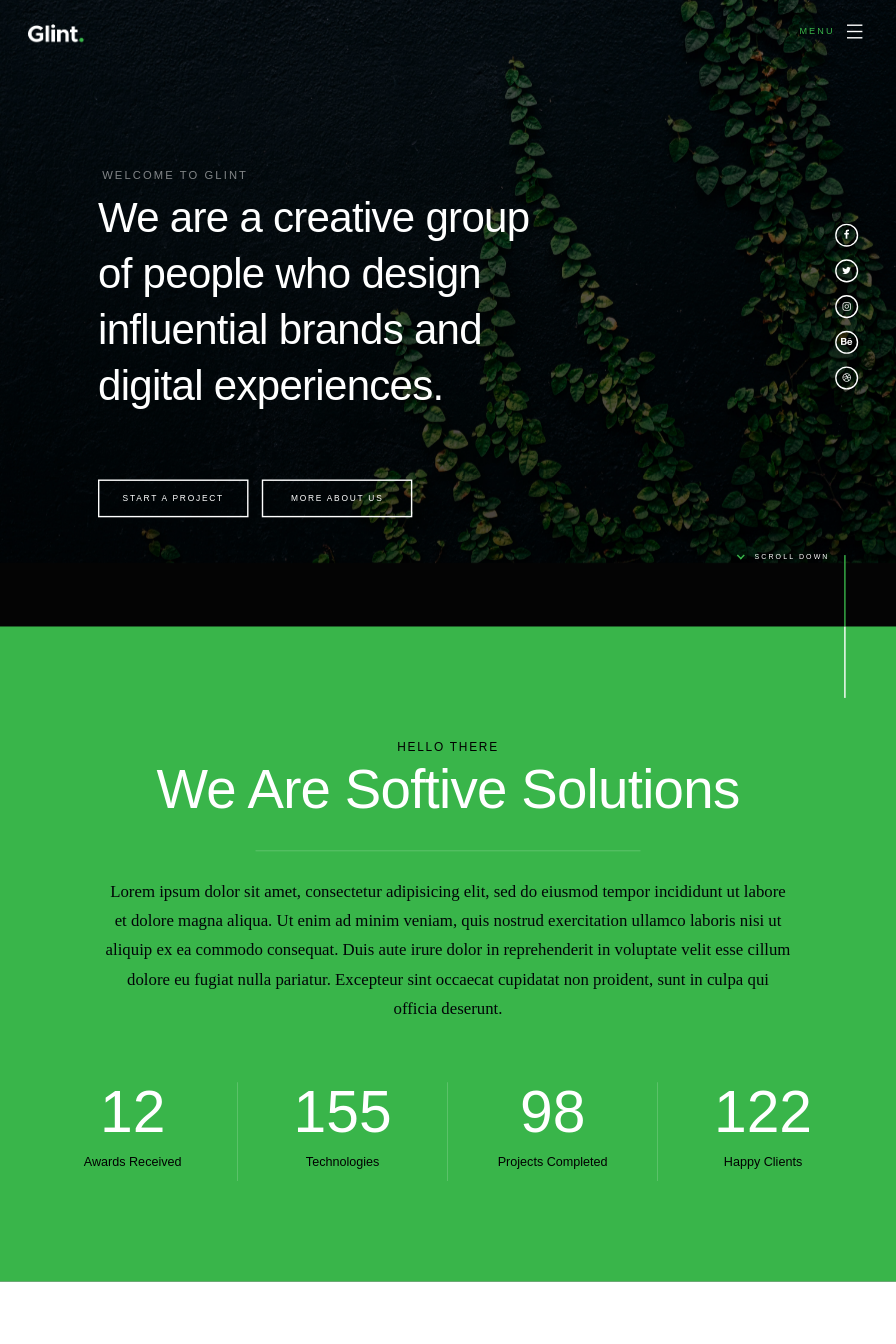
Repository: ahsankalim09/light-Agency
Page: index.html
These files come from the project's save history. The page is drawn as it stood at one moment and after the next save; the edit follows.
The browser window is 1280 px wide. The pictures show the part of the page from y = 0 to 1920 px (the page is 8556 px tall), at 70% of full size.
Some web fonts or font styles are not loaded; a fallback is used.

Above is the page before, as saved 2020-12-27 18:58:19.

### index.html
<!DOCTYPE html>
<!--[if lt IE 9 ]><html class="no-js oldie" lang="en"> <![endif]-->
<!--[if IE 9 ]><html class="no-js oldie ie9" lang="en"> <![endif]-->
<!--[if (gte IE 9)|!(IE)]><!-->
<html class="no-js" lang="en">
<!--<![endif]-->

<!-- Mirrored from preview.colorlib.com/theme/glint/ by HTTrack Website Copier/3.x [XR&CO'2014], Sun, 27 Dec 2020 13:01:51 GMT -->
<head>

<meta charset="utf-8">
<title>Glint</title>
<meta name="description" content="">
<meta name="author" content="">

<meta name="viewport" content="width=device-width, initial-scale=1">

<link rel="stylesheet" href="css/base.css">
<link rel="stylesheet" href="css/vendor.css">
<link rel="stylesheet" href="css/main.css">

<script src="js/modernizr.js"></script>
<script src="js/pace.min.js"></script>

<link rel="shortcut icon" href="favicon.ico" type="image/x-icon">
<link rel="icon" href="favicon.ico" type="image/x-icon">
</head>
<body id="top">

<header class="s-header">
<div class="header-logo">
<a class="site-logo" href="index-2.html">
<img src="images/logo.png" alt="Homepage">
</a>
</div>
<nav class="header-nav">
<a href="#0" class="header-nav__close" title="close"><span>Close</span></a>
<div class="header-nav__content">
<h3>Navigation</h3>
<ul class="header-nav__list">
<li class="current"><a class="smoothscroll" href="#home" title="home">Home</a></li>
<li><a class="smoothscroll" href="#about" title="about">About</a></li>
<li><a class="smoothscroll" href="#services" title="services">Services</a></li>
<li><a class="smoothscroll" href="#works" title="works">Works</a></li>
<li><a class="smoothscroll" href="#clients" title="clients">Clients</a></li>
<li><a class="smoothscroll" href="#contact" title="contact">Contact</a></li>
</ul>
<p>Perspiciatis hic praesentium nesciunt. Et neque a dolorum <a href='#0'>voluptatem</a> porro iusto sequi veritatis libero enim. Iusto id suscipit veritatis neque reprehenderit.</p>
<ul class="header-nav__social">
<li>
<a href="#"><i class="fa fa-facebook"></i></a>
</li>
<li>
<a href="#"><i class="fa fa-twitter"></i></a>
</li>
<li>
<a href="#"><i class="fa fa-instagram"></i></a>
</li>
<li>
<a href="#"><i class="fa fa-behance"></i></a>
</li>
<li>
<a href="#"><i class="fa fa-dribbble"></i></a>
</li>
</ul>
</div>
</nav>
<a class="header-menu-toggle" href="#0">
<span class="header-menu-text">Menu</span>
<span class="header-menu-icon"></span>
</a>
</header>

<section id="home" class="s-home target-section" data-parallax="scroll" data-image-src="images/hero-bg.jpg" data-natural-width=3000 data-natural-height=2000 data-position-y=center>
<div class="overlay"></div>
<div class="shadow-overlay"></div>
<div class="home-content">
<div class="row home-content__main">
<h3>Welcome to Glint</h3>
<h1>
We are a creative group <br>
of people who design <br>
influential brands and <br>
digital experiences.
</h1>
<div class="home-content__buttons">
<a href="#contact" class="smoothscroll btn btn--stroke">
Start a Project
</a>
<a href="#about" class="smoothscroll btn btn--stroke">
More About Us
</a>
</div>
</div>
<div class="home-content__scroll">
<a href="#about" class="scroll-link smoothscroll">
<span>Scroll Down</span>
</a>
</div>
<div class="home-content__line"></div>
</div>
<ul class="home-social">
<li>
<a href="#0"><i class="fa fa-facebook" aria-hidden="true"></i><span>Facebook</span></a>
</li>
<li>
<a href="#0"><i class="fa fa-twitter" aria-hidden="true"></i><span>Twiiter</span></a>
</li>
<li>
<a href="#0"><i class="fa fa-instagram" aria-hidden="true"></i><span>Instagram</span></a>
</li>
<li>
<a href="#0"><i class="fa fa-behance" aria-hidden="true"></i><span>Behance</span></a>
</li>
<li>
<a href="#0"><i class="fa fa-dribbble" aria-hidden="true"></i><span>Dribbble</span></a>
</li>
</ul>

</section>

<section id='about' class="s-about">
<div class="row section-header has-bottom-sep" data-aos="fade-up">
<div class="col-full">
<h3 class="subhead subhead--dark">Hello There</h3>
<h1 class="display-1 display-1--light">We Are Softive Solutions</h1>
</div>
</div>
<div class="row about-desc" data-aos="fade-up">
<div class="col-full">
<p>
Lorem ipsum dolor sit amet, consectetur adipisicing elit, sed do eiusmod tempor incididunt ut labore et dolore magna aliqua. Ut enim ad minim veniam, quis nostrud exercitation ullamco laboris nisi ut aliquip ex ea commodo consequat. Duis aute irure dolor in reprehenderit in voluptate velit esse cillum dolore eu fugiat nulla pariatur. Excepteur sint occaecat cupidatat non proident, sunt in culpa qui officia deserunt.
</p>
</div>
</div>
<div class="row about-stats stats block-1-4 block-m-1-2 block-mob-full" data-aos="fade-up">
<div class="col-block stats__col ">
<div class="stats__count">12</div>
<h5>Awards Received</h5>
</div>
<div class="col-block stats__col">
<div class="stats__count">155</div>
<h5>Technologies</h5>
</div>
<div class="col-block stats__col">
<div class="stats__count">98</div>
<h5>Projects Completed</h5>
</div>
<div class="col-block stats__col">
<div class="stats__count">122</div>
<h5>Happy Clients</h5>
</div>
</div>
<div class="about__line"></div>
</section>

<section id='services' class="s-services">
<div class="row section-header has-bottom-sep" data-aos="fade-up">
<div class="col-full">
<h3 class="subhead">What We Do</h3>
<h1 class="display-2">We’ve got everything you need to launch and grow your business</h1>
</div>
</div>
<div class="row services-list block-1-2 block-tab-full">
<div class="col-block service-item" data-aos="fade-up">
<div class="service-icon">
<i class="icon-paint-brush"></i>
</div>
<div class="service-text">
<h3 class="h2">Brand Identity</h3>
<p>Nemo cupiditate ab quibusdam quaerat impedit magni. Earum suscipit ipsum laudantium.
Quo delectus est. Maiores voluptas ab sit natus veritatis ut. Debitis nulla cumque veritatis.
Sunt suscipit voluptas ipsa in tempora esse soluta sint.
</p>
</div>
</div>
<div class="col-block service-item" data-aos="fade-up">
<div class="service-icon">
<i class="icon-group"></i>
</div>
<div class="service-text">
<h3 class="h2">Illustration</h3>
<p>Nemo cupiditate ab quibusdam quaerat impedit magni. Earum suscipit ipsum laudantium.
Quo delectus est. Maiores voluptas ab sit natus veritatis ut. Debitis nulla cumque veritatis.
Sunt suscipit voluptas ipsa in tempora esse soluta sint.
</p>
</div>
</div>
<div class="col-block service-item" data-aos="fade-up">
<div class="service-icon">
<i class="icon-megaphone"></i>
</div>
<div class="service-text">
<h3 class="h2">Marketing</h3>
<p>Nemo cupiditate ab quibusdam quaerat impedit magni. Earum suscipit ipsum laudantium.
Quo delectus est. Maiores voluptas ab sit natus veritatis ut. Debitis nulla cumque veritatis.
Sunt suscipit voluptas ipsa in tempora esse soluta sint.
</p>
</div>
</div>
<div class="col-block service-item" data-aos="fade-up">
<div class="service-icon">
<i class="icon-earth"></i>
</div>
<div class="service-text">
<h3 class="h2">Web Design</h3>
<p>Nemo cupiditate ab quibusdam quaerat impedit magni. Earum suscipit ipsum laudantium.
Quo delectus est. Maiores voluptas ab sit natus veritatis ut. Debitis nulla cumque veritatis.
Sunt suscipit voluptas ipsa in tempora esse soluta sint.
</p>
</div>
</div>
<div class="col-block service-item" data-aos="fade-up">
<div class="service-icon">
<i class="icon-cube"></i>
</div>
<div class="service-text">
<h3 class="h2">Packaging Design</h3>
<p>Nemo cupiditate ab quibusdam quaerat impedit magni. Earum suscipit ipsum laudantium.
Quo delectus est. Maiores voluptas ab sit natus veritatis ut. Debitis nulla cumque veritatis.
Sunt suscipit voluptas ipsa in tempora esse soluta sint.
</p>
</div>
</div>
<div class="col-block service-item" data-aos="fade-up">
<div class="service-icon"><i class="icon-lego-block"></i></div>
<div class="service-text">
<h3 class="h2">Web Development</h3>
<p>Nemo cupiditate ab quibusdam quaerat impedit magni. Earum suscipit ipsum laudantium.
Quo delectus est. Maiores voluptas ab sit natus veritatis ut. Debitis nulla cumque veritatis.
Sunt suscipit voluptas ipsa in tempora esse soluta sint.
</p>
</div>
</div>
</div>
</section>

<section id='works' class="s-works">
<div class="intro-wrap">
<div class="row section-header has-bottom-sep light-sep" data-aos="fade-up">
<div class="col-full">
<h3 class="subhead">Recent Works</h3>
<h1 class="display-2 display-2--light">We love what we do, check out some of our latest works</h1>
</div>
</div>
</div>
<div class="row works-content">
<div class="col-full masonry-wrap">
<div class="masonry">
<div class="masonry__brick" data-aos="fade-up">
<div class="item-folio">
<div class="item-folio__thumb">
<a href="images/portfolio/gallery/g-shutterbug.jpg" class="thumb-link" title="Shutterbug" data-size="1050x700">
<img src="images/portfolio/lady-shutterbug.jpg" srcset="images/portfolio/lady-shutterbug.jpg 1x, images/portfolio/lady-shutterbug@2x.jpg 2x" alt="">
</a>
</div>
<div class="item-folio__text">
<h3 class="item-folio__title">
Shutterbug
</h3>
<p class="item-folio__cat">
Branding
</p>
</div>
<a href="https://www.behance.net/" class="item-folio__project-link" title="Project link">
<i class="icon-link"></i>
</a>
<div class="item-folio__caption">
<p>Vero molestiae sed aut natus excepturi. Et tempora numquam. Temporibus iusto quo.Unde dolorem corrupti neque nisi.</p>
</div>
</div>
</div>
<div class="masonry__brick" data-aos="fade-up">
<div class="item-folio">
<div class="item-folio__thumb">
<a href="images/portfolio/gallery/g-woodcraft.jpg" class="thumb-link" title="Woodcraft" data-size="1050x700">
<img src="images/portfolio/woodcraft.jpg" srcset="images/portfolio/woodcraft.jpg 1x, images/portfolio/woodcraft@2x.jpg 2x" alt="">
</a>
</div>
<div class="item-folio__text">
<h3 class="item-folio__title">
Woodcraft
</h3>
<p class="item-folio__cat">
Web Design
</p>
</div>
<a href="https://www.behance.net/" class="item-folio__project-link" title="Project link">
<i class="icon-link"></i>
</a>
<div class="item-folio__caption">
<p>Vero molestiae sed aut natus excepturi. Et tempora numquam. Temporibus iusto quo.Unde dolorem corrupti neque nisi.</p>
</div>
</div>
</div>
<div class="masonry__brick" data-aos="fade-up">
<div class="item-folio">
<div class="item-folio__thumb">
<a href="images/portfolio/gallery/g-beetle.jpg" class="thumb-link" title="The Beetle Car" data-size="1050x700">
<img src="images/portfolio/the-beetle.jpg" srcset="images/portfolio/the-beetle.jpg 1x, images/portfolio/the-beetle@2x.jpg 2x" alt="">
</a>
</div>
<div class="item-folio__text">
<h3 class="item-folio__title">
The Beetle
</h3>
<p class="item-folio__cat">
Web Development
</p>
</div>
<a href="https://www.behance.net/" class="item-folio__project-link" title="Project link">
<i class="icon-link"></i>
</a>
<div class="item-folio__caption">
<p>Vero molestiae sed aut natus excepturi. Et tempora numquam. Temporibus iusto quo.Unde dolorem corrupti neque nisi.</p>
</div>
</div>
</div>
<div class="masonry__brick" data-aos="fade-up">
<div class="item-folio">
<div class="item-folio__thumb">
<a href="images/portfolio/gallery/g-grow-green.jpg" class="thumb-link" title="Grow Green" data-size="1050x700">
<img src="images/portfolio/grow-green.jpg" srcset="images/portfolio/grow-green.jpg 1x, images/portfolio/grow-green@2x.jpg 2x" alt="">
</a>
</div>
<div class="item-folio__text">
<h3 class="item-folio__title">
Grow Green
</h3>
<p class="item-folio__cat">
Branding
</p>
</div>
<a href="https://www.behance.net/" class="item-folio__project-link" title="Project link">
<i class="icon-link"></i>
</a>
<div class="item-folio__caption">
<p>Vero molestiae sed aut natus excepturi. Et tempora numquam. Temporibus iusto quo.Unde dolorem corrupti neque nisi.</p>
</div>
</div>
</div>
<div class="masonry__brick" data-aos="fade-up">
<div class="item-folio">
<div class="item-folio__thumb">
<a href="images/portfolio/gallery/g-guitarist.jpg" class="thumb-link" title="Guitarist" data-size="1050x700">
<img src="images/portfolio/guitarist.jpg" srcset="images/portfolio/guitarist.jpg 1x, images/portfolio/guitarist@2x.jpg 2x" alt="">
</a>
</div>
<div class="item-folio__text">
<h3 class="item-folio__title">
Guitarist
</h3>
<p class="item-folio__cat">
Web Design
</p>
</div>
<a href="https://www.behance.net/" class="item-folio__project-link" title="Project link">
<i class="icon-link"></i>
</a>
<div class="item-folio__caption">
<p>Vero molestiae sed aut natus excepturi. Et tempora numquam. Temporibus iusto quo.Unde dolorem corrupti neque nisi.</p>
</div>
</div>
</div>
<div class="masonry__brick" data-aos="fade-up">
<div class="item-folio">
<div class="item-folio__thumb">
<a href="images/portfolio/gallery/g-palmeira.jpg" class="thumb-link" title="Palmeira" data-size="1050x700">
<img src="images/portfolio/palmeira.jpg" srcset="images/portfolio/palmeira.jpg 1x, images/portfolio/palmeira@2x.jpg 2x" alt="">
 </a>
</div>
<div class="item-folio__text">
<h3 class="item-folio__title">
Palmeira
</h3>
<p class="item-folio__cat">
Web Design
</p>
</div>
<a href="https://www.behance.net/" class="item-folio__project-link" title="Project link">
<i class="icon-link"></i>
</a>
<div class="item-folio__caption">
<p>Vero molestiae sed aut natus excepturi. Et tempora numquam. Temporibus iusto quo.Unde dolorem corrupti neque nisi.</p>
</div>
</div>
</div>
</div>
</div>
</div>
</section>

<section id="clients" class="s-clients">
<div class="row section-header" data-aos="fade-up">
<div class="col-full">
<h3 class="subhead">Our Clients</h3>
<h1 class="display-2">Glint has been honored to
partner up with these clients</h1>
</div>
</div>
<div class="row clients-outer" data-aos="fade-up">
<div class="col-full">
<div class="clients">
<a href="#0" title="" class="clients__slide"><img src="images/clients/apple.png" /></a>
<a href="#0" title="" class="clients__slide"><img src="images/clients/atom.png" /></a>
<a href="#0" title="" class="clients__slide"><img src="images/clients/blackberry.png" /></a>
<a href="#0" title="" class="clients__slide"><img src="images/clients/dropbox.png" /></a>
<a href="#0" title="" class="clients__slide"><img src="images/clients/envato.png" /></a>
<a href="#0" title="" class="clients__slide"><img src="images/clients/firefox.png" /></a>
<a href="#0" title="" class="clients__slide"><img src="images/clients/joomla.png" /></a>
<a href="#0" title="" class="clients__slide"><img src="images/clients/magento.png" /></a>
</div>
</div>
</div>
<div class="row clients-testimonials" data-aos="fade-up">
<div class="col-full">
<div class="testimonials">
<div class="testimonials__slide">
<p>Qui ipsam temporibus quisquam vel. Maiores eos cumque distinctio nam accusantium ipsum.
Laudantium quia consequatur molestias delectus culpa facere hic dolores aperiam. Accusantium quos qui praesentium corpori.
Excepturi nam cupiditate culpa doloremque deleniti repellat.</p>
<img src="images/avatars/user-01.jpg" alt="Author image" class="testimonials__avatar">
<div class="testimonials__info">
<span class="testimonials__name">Tim Cook</span>
<span class="testimonials__pos">CEO, Apple</span>
</div>
</div>
<div class="testimonials__slide">
<p>Excepturi nam cupiditate culpa doloremque deleniti repellat. Veniam quos repellat voluptas animi adipisci.
Nisi eaque consequatur. Quasi voluptas eius distinctio. Atque eos maxime. Qui ipsam temporibus quisquam vel.</p>
<img src="images/avatars/user-05.jpg" alt="Author image" class="testimonials__avatar">
<div class="testimonials__info">
<span class="testimonials__name">Sundar Pichai</span>
<span class="testimonials__pos">CEO, Google</span>
</div>
</div>
<div class="testimonials__slide">
<p>Repellat dignissimos libero. Qui sed at corrupti expedita voluptas odit. Nihil ea quia nesciunt. Ducimus aut sed ipsam.
Autem eaque officia cum exercitationem sunt voluptatum accusamus. Quasi voluptas eius distinctio.</p>
<img src="images/avatars/user-02.jpg" alt="Author image" class="testimonials__avatar">
<div class="testimonials__info">
<span class="testimonials__name">Satya Nadella</span>
<span class="testimonials__pos">CEO, Microsoft</span>
</div>
</div>
</div>
</div>
</div>
</section>

<section id="contact" class="s-contact">
<div class="overlay"></div>
<div class="contact__line"></div>
<div class="row section-header" data-aos="fade-up">
<div class="col-full">
<h3 class="subhead">Contact Us</h3>
<h1 class="display-2 display-2--light">Reach out for a new project or just say hello</h1>
</div>
</div>
<div class="row contact-content" data-aos="fade-up">
<div class="contact-primary">
<h3 class="h6">Send Us A Message</h3>
<form name="contactForm" id="contactForm" method="post" action="#" novalidate="novalidate">
<fieldset>
<div class="form-field">
<input name="contactName" type="text" id="contactName" placeholder="Your Name" value="" minlength="2" required="" aria-required="true" class="full-width">
</div>
<div class="form-field">
<input name="contactEmail" type="email" id="contactEmail" placeholder="Your Email" value="" required="" aria-required="true" class="full-width">
</div>
<div class="form-field">
<input name="contactSubject" type="text" id="contactSubject" placeholder="Subject" value="" class="full-width">
</div>
<div class="form-field">
<textarea name="contactMessage" id="contactMessage" placeholder="Your Message" rows="10" cols="50" required="" aria-required="true" class="full-width"></textarea>
</div>
<div class="form-field">
<button class="full-width btn--primary">Submit</button>
<div class="submit-loader">
<div class="text-loader">Sending...</div>
<div class="s-loader">
<div class="bounce1"></div>
<div class="bounce2"></div>
<div class="bounce3"></div>
</div>
</div>
</div>
</fieldset>
</form>

<div class="message-warning">
Something went wrong. Please try again.
</div>

 <div class="message-success">
Your message was sent, thank you!<br>
</div>
</div>
<div class="contact-secondary">
<div class="contact-info">
<h3 class="h6 hide-on-fullwidth">Contact Info</h3>
<div class="cinfo">
<h5>Where to Find Us</h5>
<p>
1600 Amphitheatre Parkway<br>
Mountain View, CA<br>
94043 US
</p>
</div>
<div class="cinfo">
<h5>Email Us At</h5>
<p>
<a href="https://preview.colorlib.com/cdn-cgi/l/email-protection" class="__cf_email__" data-cfemail="15767a7b617476615572797c7b61667c61703b767a78">[email&#160;protected]</a><br>
<a href="https://preview.colorlib.com/cdn-cgi/l/email-protection" class="__cf_email__" data-cfemail="4e272028210e292227203a3d273a2b602d2123">[email&#160;protected]</a>
</p>
</div>
<div class="cinfo">
<h5>Call Us At</h5>
<p>
Phone: (+63) 555 1212<br>
Mobile: (+63) 555 0100<br>
Fax: (+63) 555 0101
</p>
</div>
<ul class="contact-social">
<li>
<a href="#"><i class="fa fa-facebook" aria-hidden="true"></i></a>
</li>
<li>
<a href="#"><i class="fa fa-twitter" aria-hidden="true"></i></a>
</li>
<li>
<a href="#"><i class="fa fa-instagram" aria-hidden="true"></i></a>
</li>
<li>
<a href="#"><i class="fa fa-behance" aria-hidden="true"></i></a>
</li>
<li>
<a href="#"><i class="fa fa-dribbble" aria-hidden="true"></i></a>
</li>
</ul>
</div>
</div>
</div>
</section>

<footer>
<div class="row footer-main">
<div class="col-six tab-full left footer-desc">
<div class="footer-logo"></div>
Proin eget tortor risus. Mauris blandit aliquet elit, eget tincidunt nibh pulvinar a. Praesent sapien massa, convallis a pellentesque nec, egestas non nisi. Mauris blandit aliquet elit, eget tincidunt nibh pulvinar a. Nulla porttitor accumsan tincidunt. Nulla porttitor accumsan tincidunt. Quaerat voluptas autem necessitatibus vitae aut.
</div>
<div class="col-six tab-full right footer-subscribe">
<h4>Get Notified</h4>
<p>Quia quo qui sed odit. Quaerat voluptas autem necessitatibus vitae aut non alias sed quia. Ut itaque enim optio ut excepturi deserunt iusto porro.</p>
<div class="subscribe-form">
<form id="mc-form" class="group" novalidate="true">
<input type="email" value="" name="EMAIL" class="email" id="mc-email" placeholder="Email Address" required="">
<input type="submit" name="subscribe" value="Subscribe">
<label for="mc-email" class="subscribe-message"></label>
</form>
</div>
</div>
</div>
<div class="row footer-bottom">
<div class="col-twelve">
<div class="copyright">
<span>© Copyright Glint 2017</span>
<span>Site Template by <a href="https://www.colorlib.com/">Colorlib</a></span>
</div>
<div class="go-top">
<a class="smoothscroll" title="Back to Top" href="#top"><i class="icon-arrow-up" aria-hidden="true"></i></a>
</div>
</div>
</div>
</footer>

<div aria-hidden="true" class="pswp" role="dialog" tabindex="-1">
<div class="pswp__bg"></div>
<div class="pswp__scroll-wrap">
<div class="pswp__container">
<div class="pswp__item"></div>
<div class="pswp__item"></div>
<div class="pswp__item"></div>
</div>
<div class="pswp__ui pswp__ui--hidden">
<div class="pswp__top-bar">
<div class="pswp__counter"></div><button class="pswp__button pswp__button--close" title="Close (Esc)"></button> <button class="pswp__button pswp__button--share" title="Share"></button> <button class="pswp__button pswp__button--fs" title="Toggle fullscreen"></button> <button class="pswp__button pswp__button--zoom" title="Zoom in/out"></button>
<div class="pswp__preloader">
<div class="pswp__preloader__icn">
<div class="pswp__preloader__cut">
<div class="pswp__preloader__donut"></div>
</div>
</div>
</div>
</div>
<div class="pswp__share-modal pswp__share-modal--hidden pswp__single-tap">
<div class="pswp__share-tooltip"></div>
</div><button class="pswp__button pswp__button--arrow--left" title="Previous (arrow left)"></button> <button class="pswp__button pswp__button--arrow--right" title="Next (arrow right)"></button>
<div class="pswp__caption">
<div class="pswp__caption__center"></div>
</div>
</div>
</div>
</div>

<div id="preloader">
<div id="loader">
<div class="line-scale-pulse-out">
<div></div>
<div></div>
<div></div>
<div></div>
<div></div>
</div>
</div>
</div>

<script data-cfasync="false" src="../../cdn-cgi/scripts/5c5dd728/cloudflare-static/email-decode.min.js"></script><script src="js/jquery-3.2.1.min.js"></script>
<script src="js/plugins.js"></script>
<script src="js/main.js"></script>
</body>

<!-- Mirrored from preview.colorlib.com/theme/glint/ by HTTrack Website Copier/3.x [XR&CO'2014], Sun, 27 Dec 2020 13:02:02 GMT -->
</html>

Loaded but not shown: css/base.css (library); css/vendor.css (library); css/main.css (library); js/modernizr.js (library); js/pace.min.js (library); css/font-awesome/css/font-awesome.min.css (library); css/micons/micons.css (library); js/jquery-3.2.1.min.js (library); js/plugins.js (library); js/main.js (library)

After the next save:
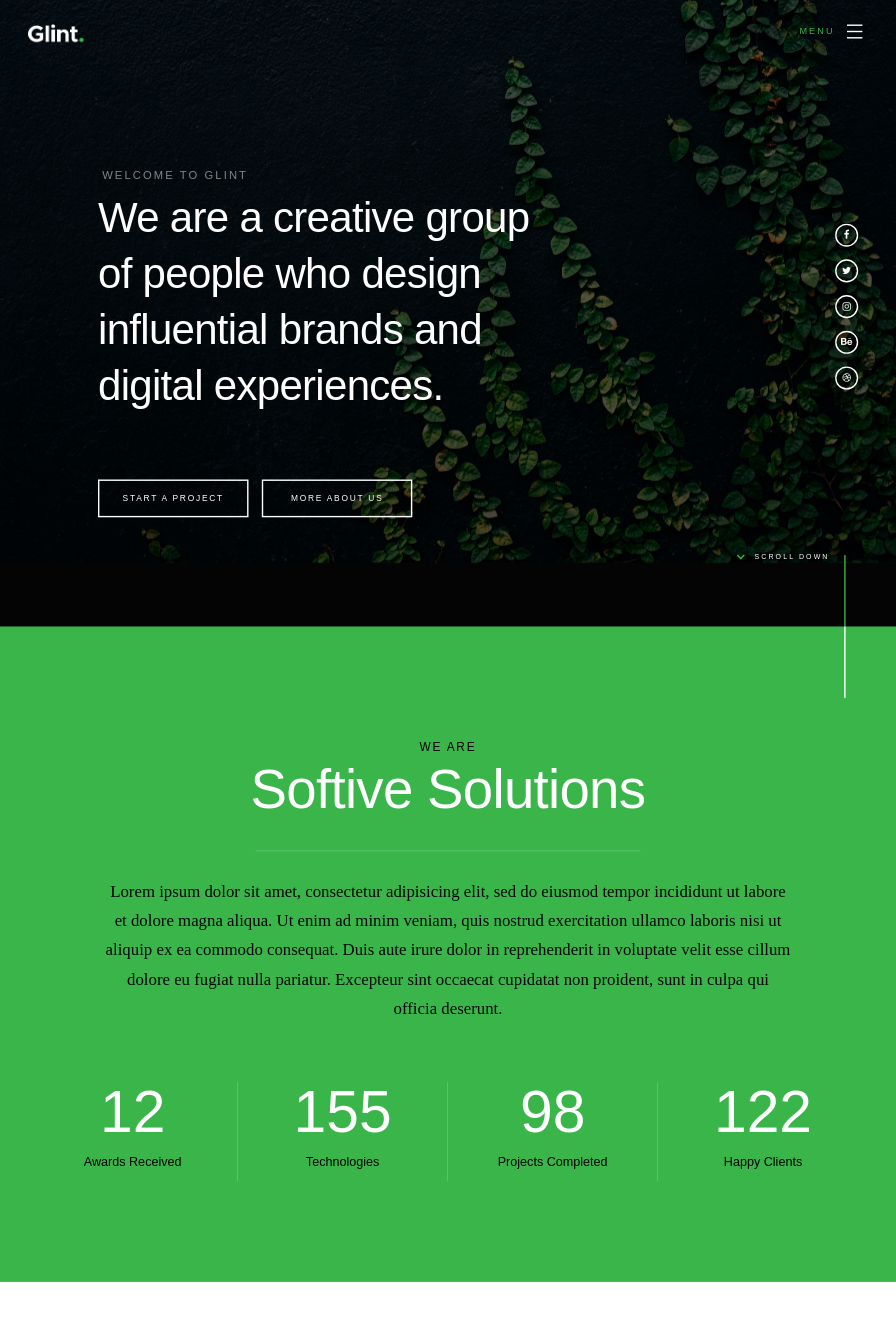
Saved 10 s later.
--- a/index.html
+++ b/index.html
@@ -122,8 +122,8 @@ More About Us
 <section id='about' class="s-about">
 <div class="row section-header has-bottom-sep" data-aos="fade-up">
 <div class="col-full">
-<h3 class="subhead subhead--dark">Hello There</h3>
-<h1 class="display-1 display-1--light">We Are Softive Solutions</h1>
+<h3 class="subhead subhead--dark">We Are</h3>
+<h1 class="display-1 display-1--light">Softive Solutions</h1>
 </div>
 </div>
 <div class="row about-desc" data-aos="fade-up">
